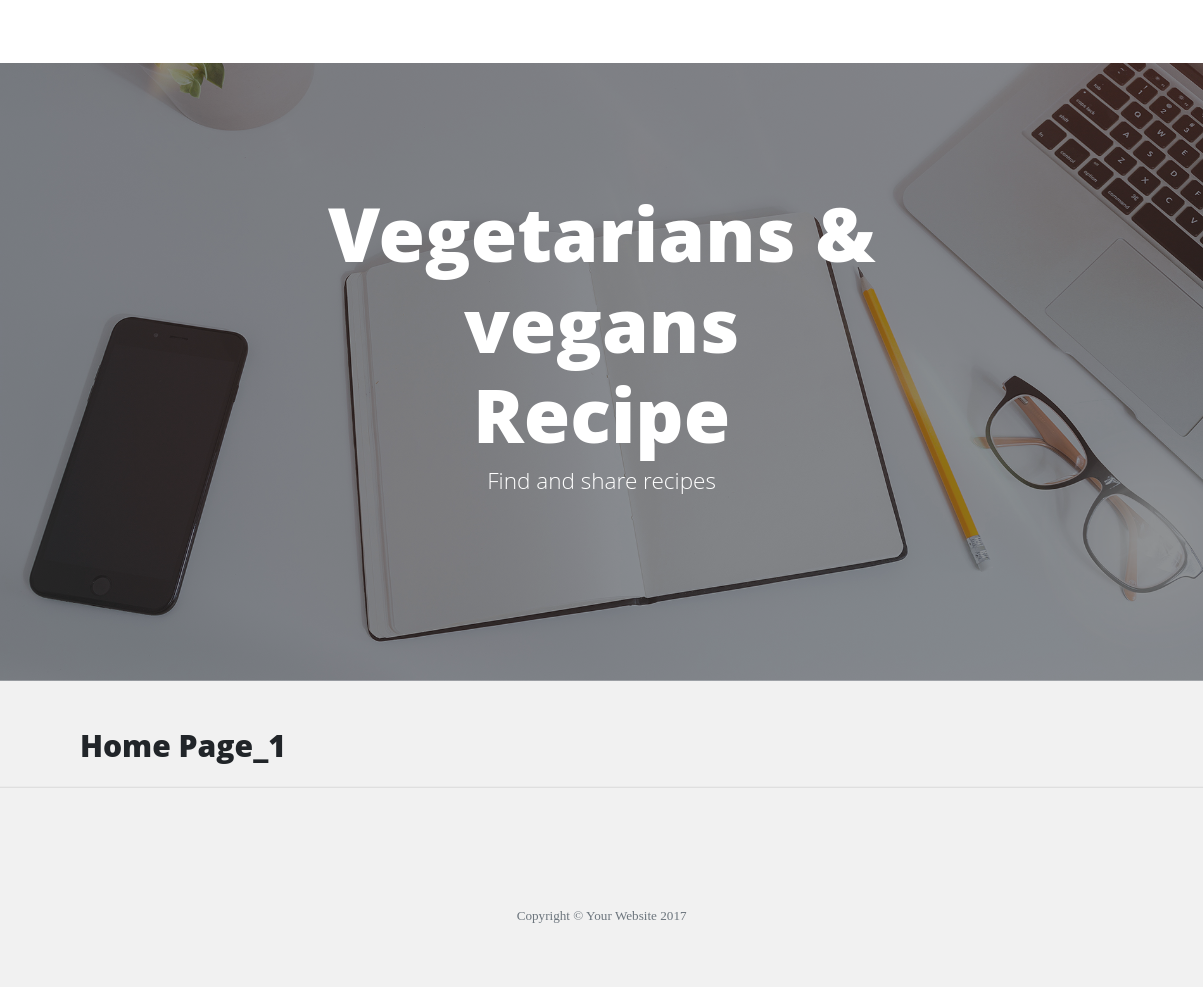
Repository: EricGaona/PracticalPythonDataCentricMilestoneProject
Page: http://localhost/
The author's editor kept a record of every edit. The page is drawn from the files as they stood at one moment, then again after the next edit.
The browser window is 1280 px wide. The pictures show the whole page, at 94% of full size.
The page is served by the project's application, run on Flask 3 (app.py). Other server files are loaded and not shown. Queries for data that is not in the repository find no rows.

Above is the page before.

### templates/index.html
{% extends 'base.html' %}
{% block content%}
<h2>{{ page_title }}</h2>
<div class="row">
    <div class="col-lg-8 col-md-10 mx-auto">

      {% for recipe in recipes %}
       <div class="row featurette">

          <div class="col-md-7">
             <h3><a href="">{{ recipe.category_name }} </a></h3>
             <h3><a href="">{{ recipe.name }} </a></h3>
             <p>
              {{ recipe.ingredient}}
             </p>
             <p>
              {{ recipe.description}}
             </p>
             <img class="featurette-image img-responsive" src="{{ recipe.image}}" style="width:100%;" alt="Generic placeholder image">
         </div>
         <div class="col-lg-8 col-md-10 mx-auto" >


         </div>
       </div>

      <div class="btnde">
       <span class="bdelete" onclick="confirmedDelete('{{url_for('delete_recipe', recipe_id=recipe._id)}}')" >Delete</span>


       <a class="bedit" href="{{url_for('edit_recipe', recipe_id=recipe._id)}}" >Edit</a>
       </div>
       <hr class="featurette-divider">



     {% endfor %}

    </div>
</div>
{% endblock %}

### templates/base.html
<!DOCTYPE html>
<html lang="en">
<head>
    <meta charset="UTF-8">
    <meta name="viewport" content="width=device-width, initial-scale=1.0">
    <meta http-equiv="X-UA-Compatible" content="ie=edge">
    <link href="{{ url_for('static', filename='vendor/bootstrap/css/bootstrap.min.css') }}" rel="stylesheet">
    <link rel="stylesheet" href="{{ url_for('static', filename='css/clean-blog.min.css') }}" type="text/css" />
    <!--<link rel="stylesheet" href="https://cdnjs.cloudflare.com/ajax/libs/materialize/0.100.2/css/materialize.min.css">-->
    <link rel="stylesheet" href="{{ url_for('static', filename='css/style.css') }}" type="text/css" />
     <!--EL LINK DE ABAJO ES PARA EL BOTON DE CONFIRMACON-->
   <!-- <link rel="stylesheet" href="https://stackpath.bootstrapcdn.com/bootstrap/4.1.3/css/bootstrap.min.css" integrity="sha384-MCw98/SFnGE8fJT3GXwEOngsV7Zt27NXFoaoApmYm81iuXoPkFOJwJ8ERdknLPMO" crossorigin="anonymous">-->
   <!--TODO ESTO ES PARA EL BOTON DE CONFIRMACION-->
    <title>BookCook_Base</title>
</head>
<body>

     <!-- Navigation -->
    <nav class="navbar navbar-expand-lg navbar-light fixed-top" id="mainNav">
        <div class="container">
            <a class="navbar-brand" href="{{ url_for('index') }}">cookbook</a>
            <button class="navbar-toggler navbar-toggler-right" type="button" data-toggle="collapse" data-target="#navbarResponsive" aria-controls="navbarResponsive" aria-expanded="false" aria-label="Toggle navigation">
          Menu
          <i class="fa fa-bars"></i>
        </button>
            <div class="collapse navbar-collapse" id="navbarResponsive">
                <ul class="navbar-nav ml-auto">
                    <li class="nav-item">
                        <a class="nav-link" href="{{ url_for('index') }}">Home</a>
                    </li>




                    <li class="nav-item">
                        <a class="nav-link" href="{{ url_for('recipes', category='vegan') }}">Vegan</a>
                    </li>

                    <li class="nav-item">
                        <a class="nav-link" href="{{ url_for('recipes', category='vegetarian') }}">Vegetarian</a>
                    </li>

                    <li class="nav-item">
                        <a class="nav-link" href="{{ url_for('sharerecipe') }}">Share Recipe</a>
                    </li>

                    <li class="nav-item">
                        <a class="nav-link" href="{{ url_for('cookingtools') }}">Cooking Tools</a>
                    </li>
                    <li class="nav-item">
                        <a class="nav-link" href="{{ url_for('contact') }}">Contact</a>
                    </li>
                </ul>
            </div>
        </div>
    </nav>

    <!-- Page Header -->
    <header class="masthead" style="background-image: url('{{ url_for('static', filename='img/home-bg.jpg') }}">
        <div class="overlay"></div>
        <div class="container">
            <div class="row">
                <div class="col-lg-8 col-md-10 mx-auto">
                    <div class="site-heading">
                        <h1>Vegetarians & vegans <br>Recipe</h1>
                        <span class="subheading">Find and share recipes</span>
                    </div>
                </div>
            </div>
        </div>
    </header>

    <!-- Main Content -->
    <div class="container">
        {% block content %} {% endblock %}
    </div>

    <hr>

    <!-- Footer -->
    <footer>
        <div class="container">
            <div class="row">
                <div class="col-lg-8 col-md-10 mx-auto">
                    <ul class="list-inline text-center">
                        <li class="list-inline-item">
                            <a href="#">
                                <span class="fa-stack fa-lg">
                    <i class="fa fa-circle fa-stack-2x"></i>
                    <i class="fa fa-twitter fa-stack-1x fa-inverse"></i>
                  </span>
                            </a>
                        </li>
                        <li class="list-inline-item">
                            <a href="#">
                                <span class="fa-stack fa-lg">
                    <i class="fa fa-circle fa-stack-2x"></i>
                    <i class="fa fa-facebook fa-stack-1x fa-inverse"></i>
                  </span>
                            </a>
                        </li>
                        <li class="list-inline-item">
                            <a href="#">
                                <span class="fa-stack fa-lg">
                    <i class="fa fa-circle fa-stack-2x"></i>
                    <i class="fa fa-github fa-stack-1x fa-inverse"></i>
                  </span>
                            </a>
                        </li>
                    </ul>
                    <p class="copyright text-muted">Copyright &copy; Your Website 2017</p>
                </div>
            </div>
        </div>
    </footer>

    <!-- Bootstrap core JavaScript -->
    <script src="{{ url_for('static', filename='vendor/jquery/jquery.min.js') }}"></script>
    <script src="{{ url_for('static', filename='vendor/bootstrap/js/bootstrap.bundle.min.js') }}"></script>

    <!-- Custom scripts for this template -->
    <script src="{{ url_for('static', filename='js/clean-blog.min.js') }}"></script>

    <!--<link rel="stylesheet" href="https://stackpath.bootstrapcdn.com/bootstrap/4.1.3/css/bootstrap.min.css" integrity="sha384-MCw98/SFnGE8fJT3GXwEOngsV7Zt27NXFoaoApmYm81iuXoPkFOJwJ8ERdknLPMO" crossorigin="anonymous">-->

  <!--EL SCRIPT DE ABAJO ES PARA EL BOTON DE CONFIRMACION-->
    <script type="text/javascript">
         function confirmedDelete(deleteURL){

             let userConfirmeDelete = confirm("Are you sure you want to delete this recipe?");
             if (userConfirmeDelete){
                 window.location = deleteURL;
             }
         }
    </script>
</body>
</html>

### app.py
import os
from flask import Flask, render_template, redirect, request, url_for, flash, json
from flask_pymongo import PyMongo
from bson.objectid import ObjectId

app = Flask(__name__)

app.config["MONGO_DBNAME"] = 'recipe'
app.config["MONGO_URI"] = 'mongodb+srv://root:r00tUser@myfirstclouster-fth3h.mongodb.net/recipe?retryWrites=true&w=majority'

mongo = PyMongo(app)

# THIS FUNCTION RETRIEVE THE RECIPES FROM THE DATABASE TO BE USED IN THE index.html
@app.route('/')
def index():
     return render_template("index.html", recipes=mongo.db.recipes.find(), page_title="Home Page_1")


# THIS FUNCTION SEPARATES VEGANS AND VEGETARIAS
@app.route('/recipes/<category>')
def recipes(category):
    recipes = mongo.db.recipes.find({'category_name': category})

    return render_template('recipe_category.html',
                  recipes=recipes,
                  page_title=category.capitalize()
                 )

# THIS FUNCTION RETRIEVE THE CATEGORIES FROM THE DATABASE TO BE USED IN THE sharerecipe.html
@app.route('/sharerecipe')
def sharerecipe():
    return render_template("sharerecipe.html",
                           categories=mongo.db.categories.find(),
                           page_title="Share Recipe_1")

# THIS FUNCTION SEND THE INFORMATION FROM THE sharerecipe.html TO THE DATABASE
@app.route('/insert_recipe', methods=['POST'])
def insert_recipe():
    recipes = mongo.db.recipes
    recipes.insert_one(request.form.to_dict())
    return redirect(url_for('index'))

# THIS FUNCTION RETRIEVE THE INFORMATION THAT WILL BE EDIT IN THE editrecipe.html
@app.route('/edit_recipe/<recipe_id>')
def edit_recipe(recipe_id):
    the_recipe =  mongo.db.recipes.find_one({"_id": ObjectId(recipe_id)})
    all_categories =  mongo.db.categories.find()
    return render_template('editrecipe.html', recipe=the_recipe,
                           categories=all_categories,
                           page_title="Edit Recipe_1")




# THIS FUNCTION SEND THE NEW INFORMATION FROM editrecipe.html TO THE DATABASE
@app.route('/update_recipe/<recipe_id>', methods=["POST"])
def update_recipe(recipe_id):
    recipes = mongo.db.recipes
    recipes.update( {'_id': ObjectId(recipe_id)},
    {
        'category_name':request.form.get('category_name'),
        'name':request.form.get('name'),
        'image':request.form.get('image'),
        'ingredient': request.form.get('ingredient'),
        'description': request.form.get('description')
    })
    return redirect(url_for('index'))





# THIS FUNCTION DELETE THE RECIPE FROM THE DATABASE
@app.route('/delete_recipe/<recipe_id>')
def delete_recipe(recipe_id):
    mongo.db.recipes.remove({'_id': ObjectId(recipe_id)})
    return redirect(url_for('index'))


@app.route('/cookingtools')
def cookingtools():
    data =[]
    with open("data/cookingtools.json", "r") as json_data:
         data = json.load(json_data)
    return render_template("cookingtools.html", page_title="Cooking Tools", cookingtools=data)


@app.route('/contact', methods=["GET", "POST"])
def contact():
    if request.method == "POST":
        flash ("Thanks {}, we have recived your message!".format(request.form["name"]))
    return render_template("contact.html", page_title="Contact")




if __name__ == '__main__':
    app.run(host=os.environ.get("IP"),
            port=int(os.environ.get("PORT")),
            debug=True)

### static/css/style.css
body{
    background-color: #F1F1F1;
}
span .btn_delete{
    background-color: red;
    cursor: pointer;
    color: black;
    margin-right: 25px;
}

a .btn_edit{
    background-color: blue;
    color: black;
    text-decoration: none;
}

Loaded but not shown: static/css/clean-blog.min.css (library); static/js/clean-blog.min.js (common file)

After the next edit:
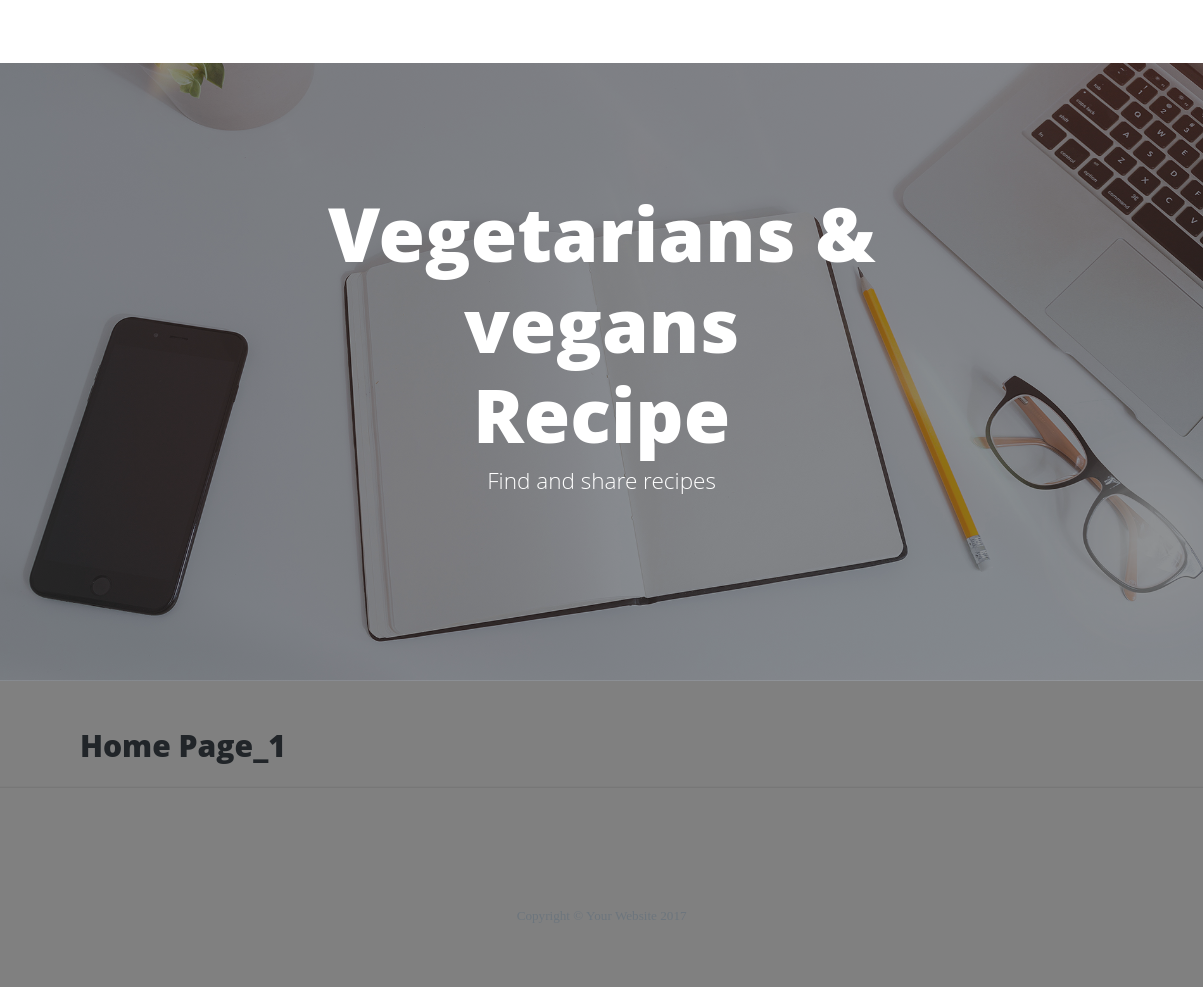
The edit:
--- a/static/css/style.css
+++ b/static/css/style.css
@@ -1,5 +1,5 @@
 body{
-    background-color: #F1F1F1;
+    background-color: gray;
 }
 span .btn_delete{
     background-color: red;
